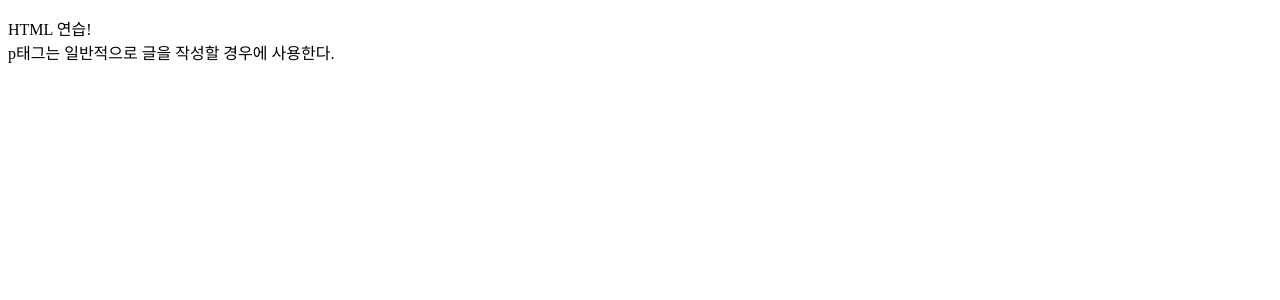
Repository: dongseon0713/myJSP
Page: HTML/src/main/webapp/First.html
The author's editor kept a copy of each file at every save. The page is drawn from the files as they stood at one save, then again after the next save.
The browser window is 1280 px wide. The pictures show the whole page.

Above is the page before, as saved 2022-01-17 08:37:36.

After the next save:
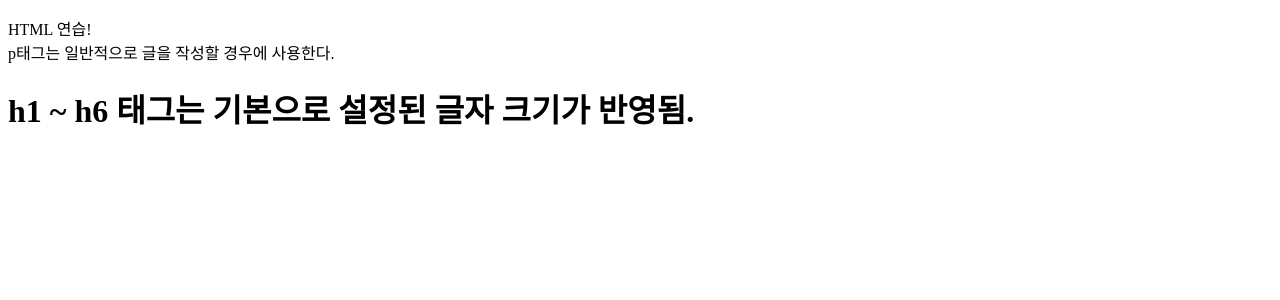
Saved 50 s later.
--- a/HTML/src/main/webapp/First.html
+++ b/HTML/src/main/webapp/First.html
@@ -9,7 +9,8 @@
 	  <p>		<!-- 문단을 구분하는 태그 -->
 	  		HTML 연습!<br> <!-- 문서의 줄바꿈 태그로 사용 -->
 	  		p태그는 일반적으로 글을 작성할 경우에 사용한다.
+	  </p>
 
-	  </p>
+	  <h1> h1 ~ h6 태그는 기본으로 설정된 글자 크기가 반영됨.</h1>
 	</body>		<!-- body 끝 태그 -->
 </html>			<!-- HTML 끝 태그 -->
